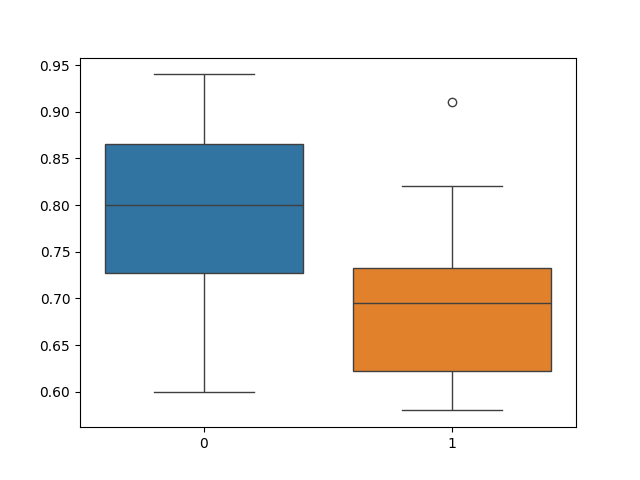
Repository: Kristina-Pianykh/DataScience
Script's output: python Uebungsblatt3/aufgabe2.py
These files come from the project's save history. The script's output is drawn as it stood at one moment and after the next save; the edit follows.
Random numbers start from a fixed seed.

Above is the script's output before, as saved 2022-06-09 23:00:53.

After the next save:
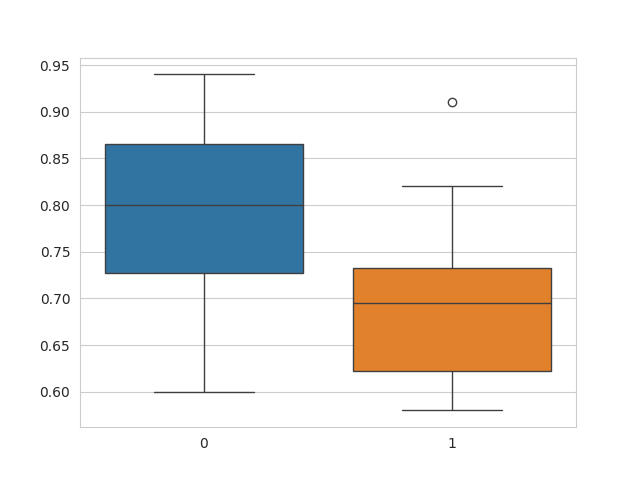
Saved 30 s later.
--- a/Uebungsblatt3/aufgabe2.py
+++ b/Uebungsblatt3/aufgabe2.py
@@ -31,5 +31,6 @@ print(f"p-value : {round(p, 4)}")
 # fig = plt.figure(figsize=(10.0, 7.0))
 # plt.show()
 
+sns.set_style("whitegrid")
 sns.boxplot(data=[B, K])
 plt.show()
